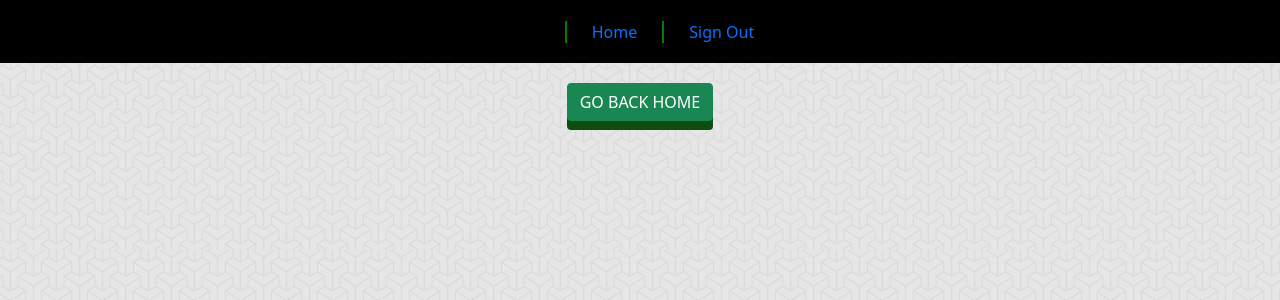
Repository: kavine24/CS490-Python-LMS
Page: html/portal/t/ReviewAndGradeExams.html
An editor plug-in stored every save of this project. The page is shown before and after the next save, followed by the edit.
The browser window is 1280 px wide. The pictures show the whole page.
The page's requests for data from a server got no answer.

Above is the page before, as saved 2022-04-19 19:31:49.

After the next save:
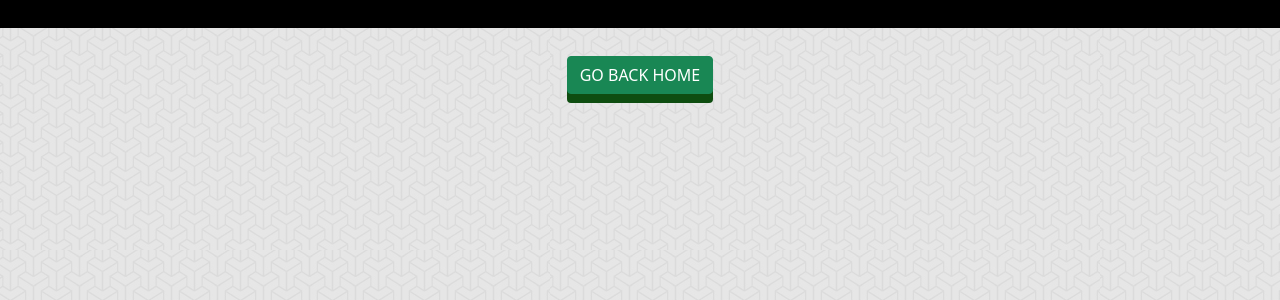
Saved 58 s later.
--- a/html/portal/t/ReviewAndGradeExams.html
+++ b/html/portal/t/ReviewAndGradeExams.html
@@ -7,15 +7,7 @@
     <link href="https://cdn.jsdelivr.net/npm/bootstrap@5.1.3/dist/css/bootstrap.min.css" rel="stylesheet" integrity="sha384-1BmE4kWBq78iYhFldvKuhfTAU6auU8tT94WrHftjDbrCEXSU1oBoqyl2QvZ6jIW3" crossorigin="anonymous">
   </head>
   <body>
-    <header class="mainHeader">
-      <h1 id="header" class="header"></h1>
-      <ul class="navLIST">
-          <li><a href="http://cs490testcenter.ddns.net:50000/portal/t/Home.php">Home</a></li>
-          <li><a href="http://cs490testcenter.ddns.net:50000">Sign Out</a></li>
-        </ul>
-      <br>
-    </header>
-
+    <h1 id="header" class="header"></h1>
     <div class="d-flex justify-content-center" id="backDiv">
       <a id="goBackHome" href="http://cs490testcenter.ddns.net:50000/portal/t/Home.php">
         <button class= "btn btn-success examReviewButtons">GO BACK HOME</button>
